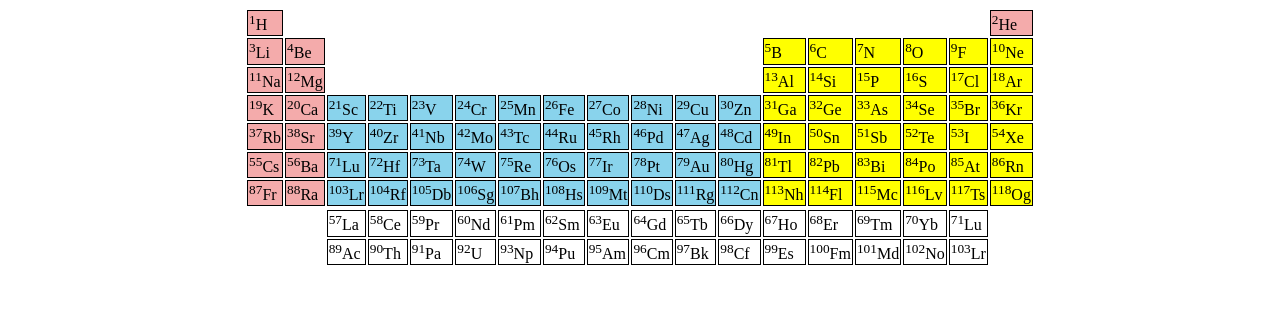
Repository: punitbathija/Placement-Assitance-iNeuron
Page: periodicTable.html
These files come from the project's save history. The page is drawn as it stood at one moment and after the next save; the edit follows.
The browser window is 1280 px wide. The pictures show the whole page.

Above is the page before, as saved 2023-05-22 18:11:20.

### periodicTable.html
<!DOCTYPE html>
<html lang="en">
  <head>
    <meta charset="UTF-8" />
    <meta http-equiv="X-UA-Compatible" content="IE=edge" />
    <meta name="viewport" content="width=device-width, initial-scale=1.0" />
    <title>Document</title>
    <link rel="stylesheet" href="periodicTable.css" />
  </head>
  <body>
    <table class="periodic">
      <tr class="p1">
        <td class="element H red" ="Hydrogen"><sup>1</sup>H</td>
        <td class="empty" colspan="16"></td>
        <td class="element He red" ="Helium"><sup>2</sup>He</td>
      </tr>
      <tr class="p2">
        <td class="element Li red" ="Lithium"><sup>3</sup>Li</td>
        <td class="element Be red" ="Beryllium"><sup>4</sup>Be</td>
        <td class="empty" class="element desc" colspan="10" rowspan="2"></td>
        <td class="element B yellow" ="Boron"><sup>5</sup>B</td>
        <td class="element C yellow" ="Carbon"><sup>6</sup>C</td>
        <td class="element N yellow" ="Nitrogen"><sup>7</sup>N</td>
        <td class="element O yellow" ="Oxygen"><sup>8</sup>O</td>
        <td class="element F yellow" ="Fluorine"><sup>9</sup>F</td>
        <td class="element Ne yellow" ="Neon"><sup>10</sup>Ne</td>
      </tr>
      <tr class="p3">
        <td class="element Na red" ="Sodium"><sup>11</sup>Na</td>
        <td class="element Mg red" ="Magnesium"><sup>12</sup>Mg</td>
        <td class="element Al yellow" ="Aluminium"><sup>13</sup>Al</td>
        <td class="element Si yellow" ="Silicon"><sup>14</sup>Si</td>
        <td class="element P yellow" ="Phosphorus"><sup>15</sup>P</td>
        <td class="element S yellow" ="Sulfur"><sup>16</sup>S</td>
        <td class="element Cl yellow" ="Chlorine"><sup>17</sup>Cl</td>
        <td class="element Ar yellow" ="Argon"><sup>18</sup>Ar</td>
      </tr>
      <tr class="p4">
        <td class="element K red" ="Potassium"><sup>19</sup>K</td>
        <td class="element Ca red" ="Calcium"><sup>20</sup>Ca</td>
        <td class="element Sc blue" ="Scandium"><sup>21</sup>Sc</td>
        <td class="element Ti blue" ="Titanium"><sup>22</sup>Ti</td>
        <td class="element V blue" ="Vanadium"><sup>23</sup>V</td>
        <td class="element Cr blue" ="Chromium"><sup>24</sup>Cr</td>
        <td class="element Mn blue" ="Manganese"><sup>25</sup>Mn</td>
        <td class="element Fe blue" ="Iron"><sup>26</sup>Fe</td>
        <td class="element Co blue" ="Cobalt"><sup>27</sup>Co</td>
        <td class="element Ni blue" ="Nickel"><sup>28</sup>Ni</td>
        <td class="element Cu blue" ="Copper"><sup>29</sup>Cu</td>
        <td class="element Zn blue" ="Zinc"><sup>30</sup>Zn</td>
        <td class="element Ga yellow" ="Gallium"><sup>31</sup>Ga</td>
        <td class="element Ge yellow" ="Germanium"><sup>32</sup>Ge</td>
        <td class="element As yellow" ="Arsenic"><sup>33</sup>As</td>
        <td class="element Se yellow" ="Selenium"><sup>34</sup>Se</td>
        <td class="element Br yellow" ="Bromine"><sup>35</sup>Br</td>
        <td class="element Kr yellow" ="Krypton"><sup>36</sup>Kr</td>
      </tr>
      <tr class="p5">
        <td class="element Rb red" ="Rubidium"><sup>37</sup>Rb</td>
        <td class="element Sr red" ="Strontium"><sup>38</sup>Sr</td>
        <td class="element Y blue" ="Yttrium"><sup>39</sup>Y</td>
        <td class="element Zr blue" ="Zirconium"><sup>40</sup>Zr</td>
        <td class="element Nb blue" ="Niobium"><sup>41</sup>Nb</td>
        <td class="element Mo blue" ="Molybdenum"><sup>42</sup>Mo</td>
        <td class="element Tc blue" ="Technetium"><sup>43</sup>Tc</td>
        <td class="element Ru blue" ="Ruthenium"><sup>44</sup>Ru</td>
        <td class="element Rh blue" ="Rhodium"><sup>45</sup>Rh</td>
        <td class="element Pd blue" ="Palladium"><sup>46</sup>Pd</td>
        <td class="element Ag blue" ="Silver"><sup>47</sup>Ag</td>
        <td class="element Cd blue" ="Cadmium"><sup>48</sup>Cd</td>
        <td class="element In yellow" ="Indium"><sup>49</sup>In</td>
        <td class="element Sn yellow" ="Tin"><sup>50</sup>Sn</td>
        <td class="element Sb yellow" ="Antimony"><sup>51</sup>Sb</td>
        <td class="element Te yellow" ="Tellurium"><sup>52</sup>Te</td>
        <td class="element I yellow" ="Iodine"><sup>53</sup>I</td>
        <td class="element Xe yellow" ="Xenon"><sup>54</sup>Xe</td>
      </tr>
      <tr class="p6">
        <td class="element Cs red" ="Caesium"><sup>55</sup>Cs</td>
        <td class="element Ba red" ="Barium"><sup>56</sup>Ba</td>
        <td class="element Lu blue" ="Lutetium"><sup>71</sup>Lu</td>
        <td class="element Hf blue" ="Hafnium"><sup>72</sup>Hf</td>
        <td class="element Ta blue" ="Tantalum"><sup>73</sup>Ta</td>
        <td class="element W blue" ="Tungsten"><sup>74</sup>W</td>
        <td class="element Re blue" ="Rhenium"><sup>75</sup>Re</td>
        <td class="element Os blue" ="Osmium"><sup>76</sup>Os</td>
        <td class="element Ir blue" ="Iridium"><sup>77</sup>Ir</td>
        <td class="element Pt blue" ="Platinum"><sup>78</sup>Pt</td>
        <td class="element Au blue" ="Gold"><sup>79</sup>Au</td>
        <td class="element Hg blue" ="Mercury"><sup>80</sup>Hg</td>
        <td class="element Tl yellow" ="Thallium"><sup>81</sup>Tl</td>
        <td class="element Pb yellow" ="Lead"><sup>82</sup>Pb</td>
        <td class="element Bi yellow" ="Bismuth"><sup>83</sup>Bi</td>
        <td class="element Po yellow" ="Polonium"><sup>84</sup>Po</td>
        <td class="element At yellow" ="Astatine"><sup>85</sup>At</td>
        <td class="element Rn yellow" ="Radon"><sup>86</sup>Rn</td>
      </tr>
      <tr class="p7">
        <td class="element Fr red" ="Francium"><sup>87</sup>Fr</td>
        <td class="element Ra red" ="Radium"><sup>88</sup>Ra</td>
        <td class="element Lr blue" ="Lawrencium"><sup>103</sup>Lr</td>
        <td class="element Rf blue" ="Rutherfordium"><sup>104</sup>Rf</td>
        <td class="element Db blue" ="Dubnium"><sup>105</sup>Db</td>
        <td class="element Sg blue" ="Seaborgium"><sup>106</sup>Sg</td>
        <td class="element Bh blue" ="Bohrium"><sup>107</sup>Bh</td>
        <td class="element Hs blue" ="Hassium"><sup>108</sup>Hs</td>
        <td class="element Mt blue" ="Meitnerium"><sup>109</sup>Mt</td>
        <td class="element Ds blue" ="Darmstadtium"><sup>110</sup>Ds</td>
        <td class="element Rg blue" ="Roentgenium"><sup>111</sup>Rg</td>
        <td class="element Cn blue" ="Copernicium"><sup>112</sup>Cn</td>
        <td class="element Nh yellow" ="Nihonium"><sup>113</sup>Nh</td>
        <td class="element Fl yellow" ="Flerovium"><sup>114</sup>Fl</td>
        <td class="element Mc yellow" ="Moscovium"><sup>115</sup>Mc</td>
        <td class="element Lv yellow" ="Livermorium"><sup>116</sup>Lv</td>
        <td class="element Ts yellow" ="Tennessine"><sup>117</sup>Ts</td>
        <td class="element Og yellow" ="Oganesson"><sup>118</sup>Og</td>
      </tr>
      <tr class="spacer">
        <!-- <tdempty" colspan="18"></td> -->
      </tr>
      <tr>
        <td class="empty" colspan="2"></td>
        <td class="element La" ="Lanthanum"><sup>57</sup>La</td>
        <td class="element Ce" ="Cerium"><sup>58</sup>Ce</td>
        <td class="element Pr" ="Praseodymium"><sup>59</sup>Pr</td>
        <td class="element Nd" ="Neodymium"><sup>60</sup>Nd</td>
        <td class="element Pm" ="Promethium"><sup>61</sup>Pm</td>
        <td class="element Sm" ="Samarium"><sup>62</sup>Sm</td>
        <td class="element Eu" ="Europium"><sup>63</sup>Eu</td>
        <td class="element Gd" ="Gadolinium"><sup>64</sup>Gd</td>
        <td class="element Tb" ="Terbium"><sup>65</sup>Tb</td>
        <td class="element Dy" ="Dysprosium"><sup>66</sup>Dy</td>
        <td class="element Ho" ="Holmium"><sup>67</sup>Ho</td>
        <td class="element Er" ="Erbium"><sup>68</sup>Er</td>
        <td class="element Tm" ="Thulium"><sup>69</sup>Tm</td>
        <td class="element Yb" ="Ytterbium"><sup>70</sup>Yb</td>
        <td class="element Lu" ="Lutetium"><sup>71</sup>Lu</td>
        <td class="empty"></td>
      </tr>
      <tr>
        <td class="empty" colspan="2"></td>
        <td class="element Ac" ="Actinium"><sup>89</sup>Ac</td>
        <td class="element Th" ="Thorium"><sup>90</sup>Th</td>
        <td class="element Pa" ="Protactinium"><sup>91</sup>Pa</td>
        <td class="element U" ="Uranium"><sup>92</sup>U</td>
        <td class="element Np" ="Neptunium"><sup>93</sup>Np</td>
        <td class="element Pu" ="Plutonium"><sup>94</sup>Pu</td>
        <td class="element Am" ="Americium"><sup>95</sup>Am</td>
        <td class="element Cm" ="Curium"><sup>96</sup>Cm</td>
        <td class="element Bk" ="Berkelium"><sup>97</sup>Bk</td>
        <td class="element Cf" ="Californium"><sup>98</sup>Cf</td>
        <td class="element Es" ="Einsteinium"><sup>99</sup>Es</td>
        <td class="element Fm" ="Fermium"><sup>100</sup>Fm</td>
        <td class="element Md" ="Mendelevium"><sup>101</sup>Md</td>
        <td class="element No" ="Nobelium"><sup>102</sup>No</td>
        <td class="element Lr" ="Lawrencium"><sup>103</sup>Lr</td>
        <td class="empty"></td>
      </tr>
    </table>
  </body>
</html>

### periodicTable.css
.periodic{
    display: flex;
    justify-content: center;
    align-items: center;
    justify-self: center;
}


.element{
    border: 1px solid black;
}

.red{
    background-color: rgb(244, 171, 171);
}

.blue{
    background-color: rgb(137, 211, 236);
}
.yellow{
    background-color: yellow;
}

After the next save:
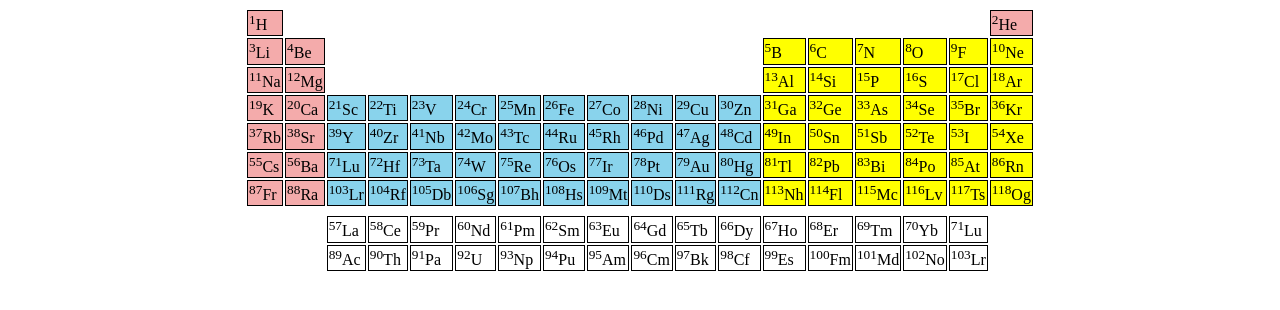
Saved 46 s later.
--- a/periodicTable.html
+++ b/periodicTable.html
@@ -115,6 +115,9 @@
         <td class="element Ts yellow" ="Tennessine"><sup>117</sup>Ts</td>
         <td class="element Og yellow" ="Oganesson"><sup>118</sup>Og</td>
       </tr>
+      <tr class="spacer"></tr>
+      <tr class="spacer"></tr>
+      <tr class="spacer"></tr>
       <tr class="spacer">
         <!-- <tdempty" colspan="18"></td> -->
       </tr>
